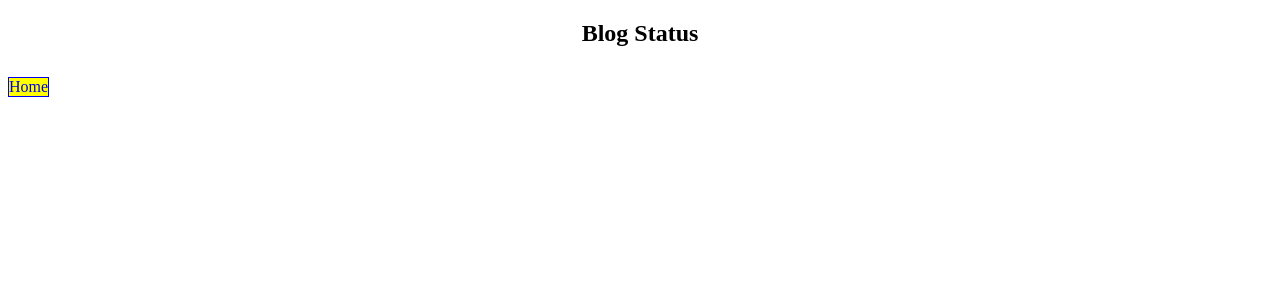
Repository: choubeyshubham018/CompleteJavaQuestions
Page: http://localhost/Ques_17_ServletBlogApplication/display.jsp
An editor plug-in stored every save of this project. The page is shown before and after the next save, followed by the edit.
The browser window is 1280 px wide. The pictures show the whole page.
The page is served by Tomcat 9. Other server files are loaded and not shown.

Above is the page before, as saved 2023-09-19 12:37:36.

### Servlet Assignment/Ques_17_ServletBlogApplication/src/main/webapp/display.jsp
<%@ page language="java" contentType="text/html; charset=ISO-8859-1"
    pageEncoding="ISO-8859-1"%>
    <%@ taglib uri="http://java.sun.com/jsp/jstl/core" prefix="core" %>
<!DOCTYPE html>
<html>
<head>
<meta charset="ISO-8859-1">
<title>Output</title>
</head>
<body>
<h2 style="text-align: center;">Blog Status</h2>
<h4 style="text-align: center; color: red;margin-top: 30px;">${status}</h4>
<div style="display: flex;align-items: center;"><a href="/index.jsp" style="text-decoration: none; border: 1px solid; background-color: yellow;">Home</a></div>
</body>
</html>

After the next save:
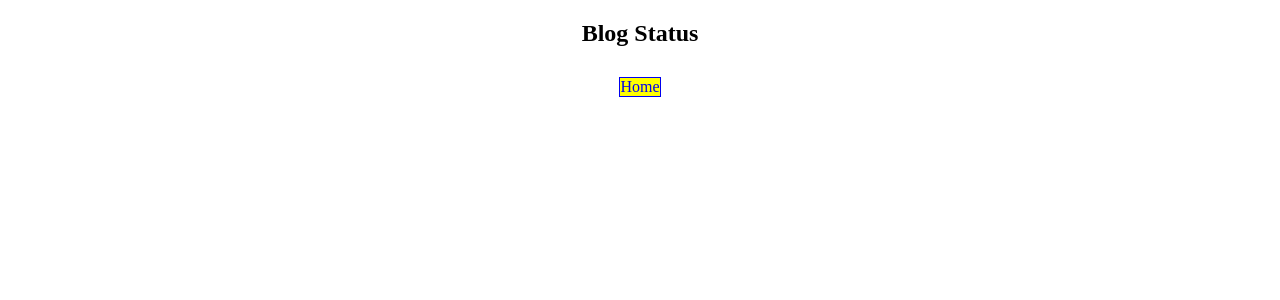
Saved 20 s later.
--- a/Servlet Assignment/Ques_17_ServletBlogApplication/src/main/webapp/display.jsp
+++ b/Servlet Assignment/Ques_17_ServletBlogApplication/src/main/webapp/display.jsp
@@ -10,6 +10,6 @@
 <body>
 <h2 style="text-align: center;">Blog Status</h2>
 <h4 style="text-align: center; color: red;margin-top: 30px;">${status}</h4>
-<div style="display: flex;align-items: center;"><a href="/index.jsp" style="text-decoration: none; border: 1px solid; background-color: yellow;">Home</a></div>
+<div style="display: flex;align-items: center; justify-content: center;"><a href="/index.jsp" style="text-decoration: none; border: 1px solid; background-color: yellow;">Home</a></div>
 </body>
 </html>
